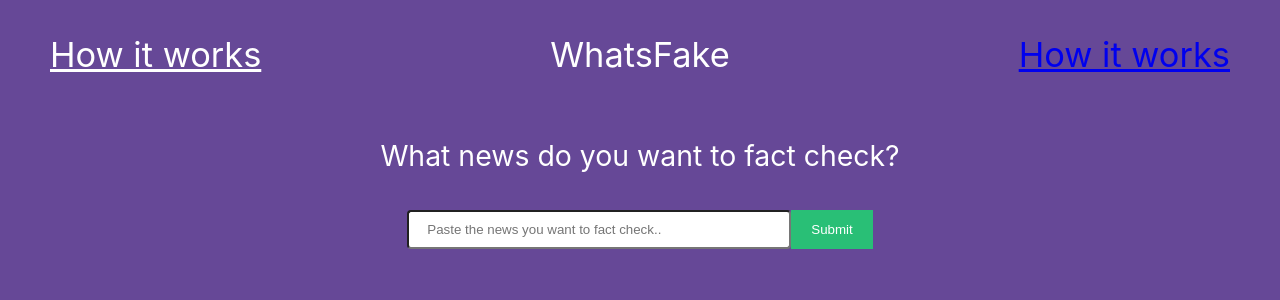
Repository: alkalox/FakeNews
Page: /
These files come from the project's save history. The page is drawn as it stood at one moment and after a run of saves; the edit follows.
The browser window is 1280 px wide. The pictures show the whole page.
The project was rebuilt for these pictures with package versions that can differ from the ones it lists, and the page was loaded fresh each time.

Above is the page before, as saved 2019-04-23 19:56:53.

After the next 3 saves:
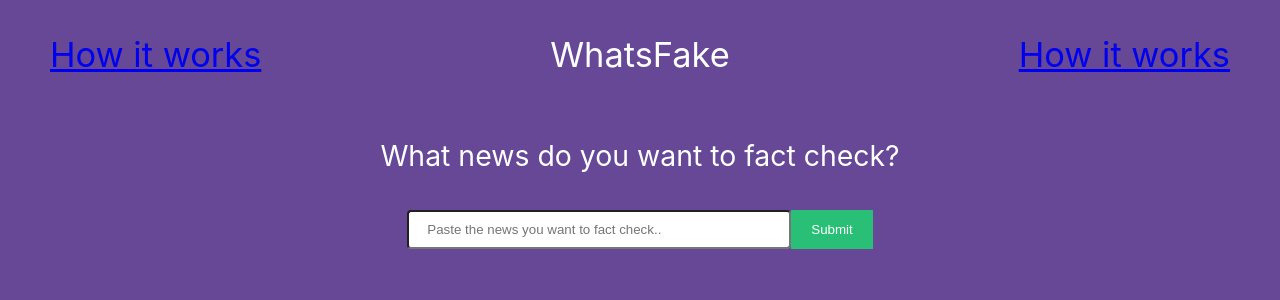
The 3 saves are shown as one change because 2 did not build or start.
The last was saved 98 s later.
--- a/src/App.js
+++ b/src/App.js
@@ -52,7 +52,7 @@
         <div className = "Header">
           <header className="App-header">
             <p className = "left">
-              <Link to="/howitworks" style={{color: 'white'}}>How it works</Link>
+              <Link to="/howitworks" activeClassName="left">How it works</Link>
             </p>
             <p>
               WhatsFake

After the 4 saves that followed:
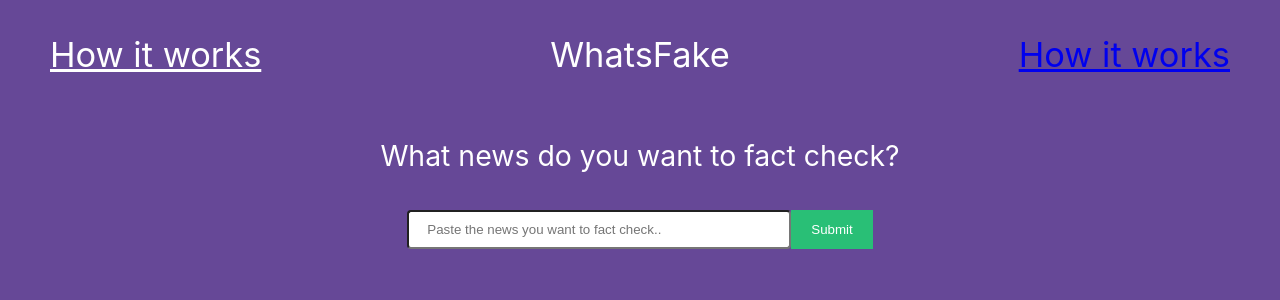
The 4 saves are shown as one change because 2 did not build or start and some came seconds apart.
The last was saved 41 s later.
--- a/src/App.js
+++ b/src/App.js
@@ -52,7 +52,7 @@
         <div className = "Header">
           <header className="App-header">
             <p className = "left">
-              <Link to="/howitworks" activeClassName="left">How it works</Link>
+              <Link to="/howitworks" style={{color: 'white'}}>How it works</Link>
             </p>
             <p>
               WhatsFake
